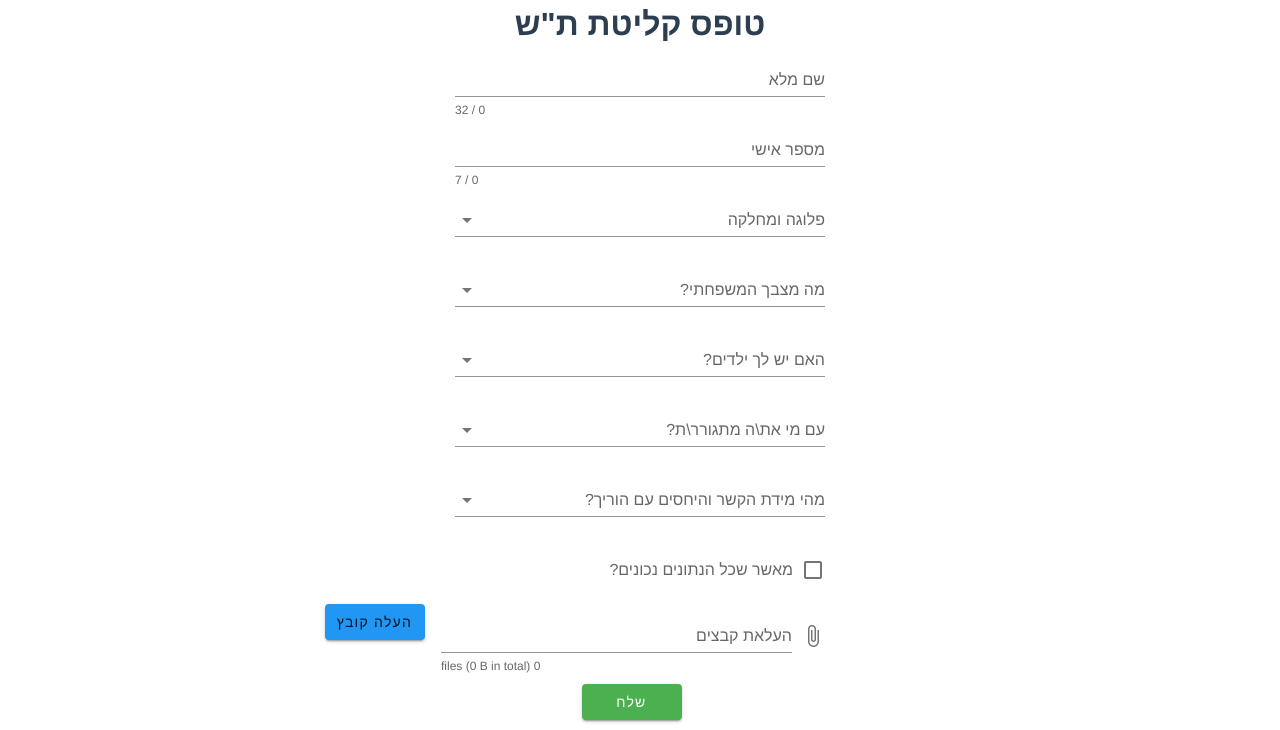
Repository: Natanhel/klitat-tash
Page: /
These files come from the project's save history. The page is drawn as it stood at one moment and after the next save; the edit follows.
The browser window is 1280 px wide. The pictures show the whole page.
The page's requests for data from a server got no answer. The project was rebuilt for these pictures with package versions that can differ from the ones it lists, and the page was loaded fresh each time. No one was signed in, and anything a server would have sent is missing. Also part of the build but not shown: vue.config.js.

Above is the page before, as saved 2020-12-01 18:11:02.

After the next save:
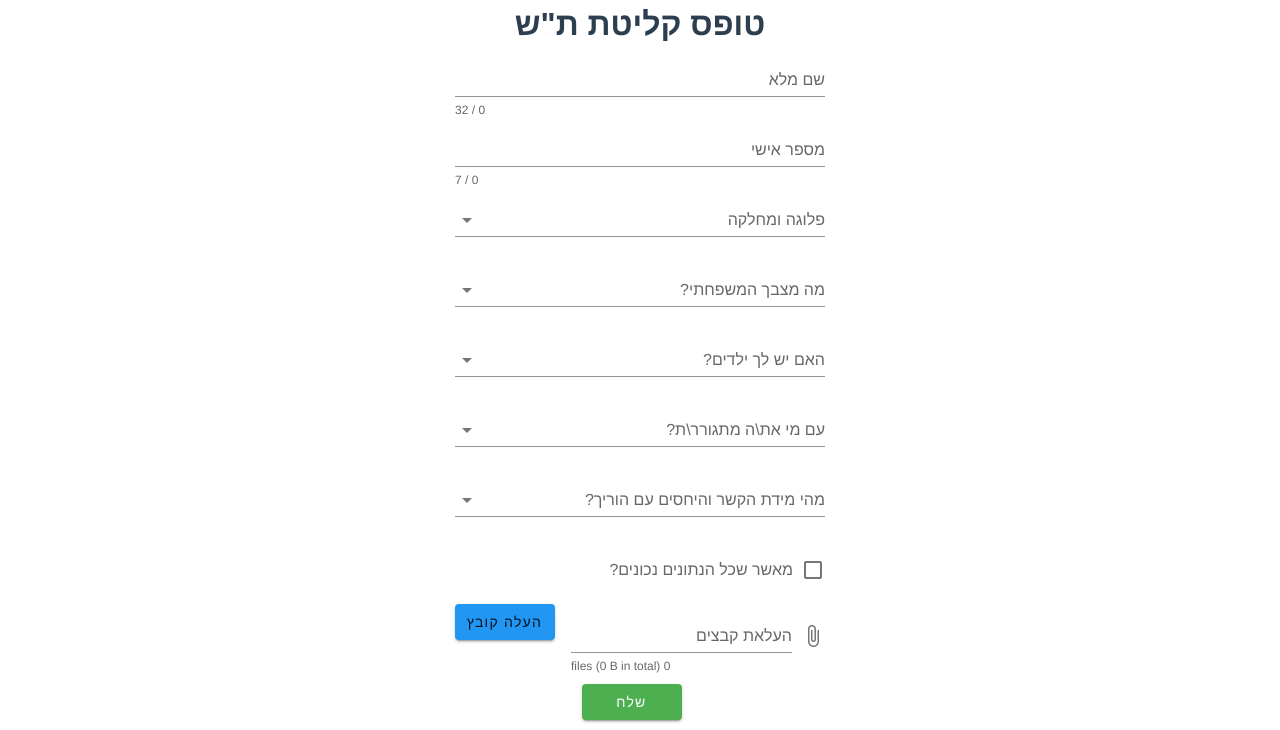
Saved 25 s later.
--- a/src/App.vue
+++ b/src/App.vue
@@ -252,7 +252,7 @@ form
 {
   display: flex;
   flex-direction: row;
-  width: 500px;
+  width: 370px;
 }
 html
 {
